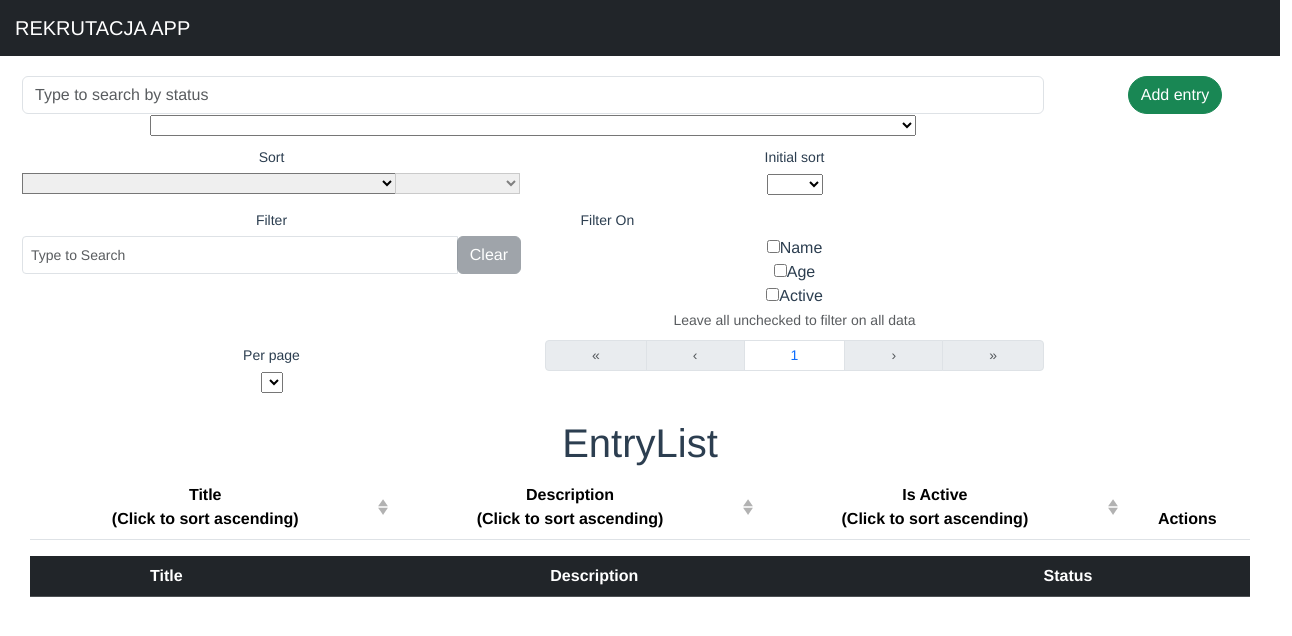
Repository: Madaless/vue_elastic
Page: / (app in vuejsapp/crudapp/)
These files come from the project's save history. The page is drawn as it stood at one moment and after the next save; the edit follows.
The browser window is 1280 px wide. The page is 1292 px wide, so the pictures cover 1292 px, including what lies to the right of the window. The pictures show the whole page.
The page's requests for data from a server got no answer. The project was rebuilt for these pictures with package versions that can differ from the ones it lists, and the page was loaded fresh each time. No one was signed in, and anything a server would have sent is missing.

Above is the page before, as saved 2021-09-12 17:28:25.

### vuejsapp/crudapp/src/main.js
import Vue from 'vue'
import App from './App.vue'
import store from  './store/index'
import { BootstrapVue, IconsPlugin } from 'bootstrap-vue'

// Import Bootstrap an BootstrapVue CSS files (order is important)
import 'bootstrap/dist/css/bootstrap.css'
import 'bootstrap-vue/dist/bootstrap-vue.css'

// Make BootstrapVue available throughout your project
Vue.use(BootstrapVue)
// Optionally install the BootstrapVue icon components plugin
Vue.use(IconsPlugin)

Vue.config.productionTip = false

new Vue({
  store,
  render: h => h(App),
}).$mount('#app')

### vuejsapp/crudapp/src/App.vue
<template>
  <div id="app">
    <b-navbar class="navbar navbar-expand navbar-dark bg-dark">
      <b-navbar-brand id="header" href="#">REKRUTACJA APP</b-navbar-brand>
    </b-navbar>

    <b-row id = "filterEntry">
      <b-col sm="10"><FilterEntry /></b-col>
      <b-col sm="2"><AddEntry /></b-col>
    </b-row>

    <EntryList />
  </div>
</template>

<script>
import AddEntry from "./components/AddEntry.vue";
import FilterEntry from "./components/FilterEntry.vue";
import EntryList from "./components/EntryList.vue";

export default {
  name: "App",
  components: {
    AddEntry,
    FilterEntry,
    EntryList,
  },
};
</script>

<style>
#app {
  font-family: Avenir, Helvetica, Arial, sans-serif;
  -webkit-font-smoothing: antialiased;
  -moz-osx-font-smoothing: grayscale;
  text-align: center;
  color: #2c3e50;
}
#header {
  padding-left: 15px;
}

#filterEntry {
    padding-top: 20px;
    padding-bottom: 20px;
    padding-left: 10px;
    padding-right: 10px;
}
</style>

### vuejsapp/crudapp/src/store/index.js
import Vuex from 'vuex';
import Vue from 'vue';
import entryList from './modules/entryList';

Vue.use(Vuex);

export default new Vuex.Store({
    modules: {
        entryList
    }
})

### vuejsapp/crudapp/src/components/AddEntry.vue
<template>
  <div>
    <b-button pill block variant="success">Add entry</b-button>
  </div>
</template>

<script>
export default {
  setup() {},
};
</script>

<style scoped>
</style>

### vuejsapp/crudapp/src/components/FilterEntry.vue
<template>
  <div>
      <b-container fluid>
    <b-form-input
      id="filter-input"
      v-model="filter"
      type="search"
      placeholder="Type to search by status"
    ></b-form-input>

    <b-form-select
      id="sort-by-select"
      v-model="sortBy"
      :options="sortOptions"
      :aria-describedby="ariaDescribedby"
      class="w-75">
      <template #first>
        <option value="">-- none --</option>
      </template>
    </b-form-select>

        <b-row>
      <b-col lg="6" class="my-1">
        <b-form-group
          label="Sort"
          label-for="sort-by-select"
          label-cols-sm="3"
          label-align-sm="right"
          label-size="sm"
          class="mb-0"
          v-slot="{ ariaDescribedby }"
        >
          <b-input-group size="sm">
            <b-form-select
              id="sort-by-select"
              v-model="sortBy"
              :options="sortOptions"
              :aria-describedby="ariaDescribedby"
              class="w-75"
            >
              <template #first>
                <option value="">-- none --</option>
              </template>
            </b-form-select>

            <b-form-select
              v-model="sortDesc"
              :disabled="!sortBy"
              :aria-describedby="ariaDescribedby"
              size="sm"
              class="w-25"
            >
              <option :value="false">Asc</option>
              <option :value="true">Desc</option>
            </b-form-select>
          </b-input-group>
        </b-form-group>
      </b-col>

      <b-col lg="6" class="my-1">
        <b-form-group
          label="Initial sort"
          label-for="initial-sort-select"
          label-cols-sm="3"
          label-align-sm="right"
          label-size="sm"
          class="mb-0"
        >
          <b-form-select
            id="initial-sort-select"
            v-model="sortDirection"
            :options="['asc', 'desc', 'last']"
            size="sm"
          ></b-form-select>
        </b-form-group>
      </b-col>

      <b-col lg="6" class="my-1">
        <b-form-group
          label="Filter"
          label-for="filter-input"
          label-cols-sm="3"
          label-align-sm="right"
          label-size="sm"
          class="mb-0"
        >
          <b-input-group size="sm">
            <b-form-input
              id="filter-input"
              v-model="filter"
              type="search"
              placeholder="Type to Search"
            ></b-form-input>

            <b-input-group-append>
              <b-button :disabled="!filter" @click="filter = ''">Clear</b-button>
            </b-input-group-append>
          </b-input-group>
        </b-form-group>
      </b-col>

      <b-col lg="6" class="my-1">
        <b-form-group
          v-model="sortDirection"
          label="Filter On"
          description="Leave all unchecked to filter on all data"
          label-cols-sm="3"
          label-align-sm="right"
          label-size="sm"
          class="mb-0"
          v-slot="{ ariaDescribedby }"
        >
          <b-form-checkbox-group
            v-model="filterOn"
            :aria-describedby="ariaDescribedby"
            class="mt-1"
          >
            <b-form-checkbox value="name">Name</b-form-checkbox>
            <b-form-checkbox value="age">Age</b-form-checkbox>
            <b-form-checkbox value="isActive">Active</b-form-checkbox>
          </b-form-checkbox-group>
        </b-form-group>
      </b-col>

      <b-col sm="5" md="6" class="my-1">
        <b-form-group
          label="Per page"
          label-for="per-page-select"
          label-cols-sm="6"
          label-cols-md="4"
          label-cols-lg="3"
          label-align-sm="right"
          label-size="sm"
          class="mb-0"
        >
          <b-form-select
            id="per-page-select"
            v-model="perPage"
            :options="pageOptions"
            size="sm"
          ></b-form-select>
        </b-form-group>
      </b-col>

      <b-col sm="7" md="6" class="my-1">
        <b-pagination
          v-model="currentPage"
          :total-rows="totalRows"
          :per-page="perPage"
          align="fill"
          size="sm"
          class="my-0"
        ></b-pagination>
      </b-col>
    </b-row>
    </b-container >
  </div>
</template>

<script>
export default {
  setup() {},
  data() {
      return {
          sortOptions: ["no","yes"]
      }
  }
};
</script>

<style scoped>
</style>

### vuejsapp/crudapp/src/components/EntryList.vue
<template>
  <div id="entryList">
    <h1>EntryList</h1>

    <div class="todos">
      <b-table :items="entryList" :fields="fields">
        <template #cell(name)="row">
          {{ row.value.first }} {{ row.value.last }}
        </template>

        <template #cell(actions)="row">
          <b-button
            pill
            size="sm"
            @click="info(row.item, row.index, $event.target)"
            class="mr-1"
          >
            Info modal
          </b-button>
          <b-button size="sm" pill @click="row.toggleDetails">
            {{ row.detailsShowing ? "Hide" : "Show" }} Details
          </b-button>
          <b-button size="sm" pill block variant="danger"
            >Delete entry</b-button>
        </template>

        <template #row-details="row">
          <b-card>
            <ul>
              <li v-for="(value, key) in row.item" :key="key">
                {{ key }}: {{ value }}
              </li>
            </ul>
          </b-card>
        </template>
      </b-table>
      <table class="table table-striped table-dark">
        <thead>
          <tr>
            <th>Title</th>
            <th>Description</th>
            <th>Status</th>
          </tr>
        </thead>
        <tbody>
          <tr v-for="entry in entryList" v-bind:key="entry.key">
            <td>{{ entry.title }}</td>
          </tr>
        </tbody>
      </table>
    </div>
  </div>
</template>

<script>
import { mapGetters, mapActions } from "vuex";

export default {
  name: "EntryList",
  methods: {
    ...mapActions(["fetchEntryList"]),
  },
  computed: mapGetters(["entryList"]),
  created() {
    this.fetchEntryList();
  },
  data() {
    return {
      items: [
        {
          isActive: true,
          age: 40,
          name: { first: "Dickerson", last: "Macdonald" },
        },
        { isActive: false, age: 21, name: { first: "Larsen", last: "Shaw" } },
        {
          isActive: false,
          age: 9,
          name: { first: "Mini", last: "Navarro" },
          _rowVariant: "success",
        },
        { isActive: false, age: 89, name: { first: "Geneva", last: "Wilson" } },
        { isActive: true, age: 38, name: { first: "Jami", last: "Carney" } },
        { isActive: false, age: 27, name: { first: "Essie", last: "Dunlap" } },
        { isActive: true, age: 40, name: { first: "Thor", last: "Macdonald" } },
        {
          isActive: true,
          age: 87,
          name: { first: "Larsen", last: "Shaw" },
          _cellVariants: { age: "danger", isActive: "warning" },
        },
        { isActive: false, age: 26, name: { first: "Mitzi", last: "Navarro" } },
        {
          isActive: false,
          age: 22,
          name: { first: "Genevieve", last: "Wilson" },
        },
        { isActive: true, age: 38, name: { first: "John", last: "Carney" } },
        { isActive: false, age: 29, name: { first: "Dick", last: "Dunlap" } },
      ],
      fields: [
        {
          key: "title",
          label: "Title",
          sortable: true,
          sortDirection: "desc",
        },
        {
          key: "description",
          label: "Description",
          sortable: true,
          class: "text-center",
        },
        {
          key: "isActive",
          label: "Is Active",
          formatter: (value) => {
            return value ? "Yes" : "No";
          },
          sortable: true,
          sortByFormatted: true,
          filterByFormatted: true,
        },
        { key: "actions", label: "Actions" },
      ],
    };
  },
};
</script>

<style scoped>
#entryList {
  padding-left: 30px;
  padding-right: 30px;
}
</style>

### vuejsapp/crudapp/src/store/modules/entryList.js
import axios from 'axios';

const state = {
  entryList: []
};
// get the state
const getters = {
  entryList: (state) => {
    return state.entryList
  }
};

const actions = {
    // fetch from api
  async fetchEntryList({ commit }) {
    const response = await axios.get('https://jsonplaceholder.typicode.com/todos');

    commit('setEntryList', response.data);
  }
}

const mutations = {
    setEntryList: (state, entryList) => (state.entryList = entryList)
};

export default {
    state,
    getters,
    actions,
    mutations
};

Loaded but not shown: vuejsapp/crudapp/public/index.html (common file)

After the next save:
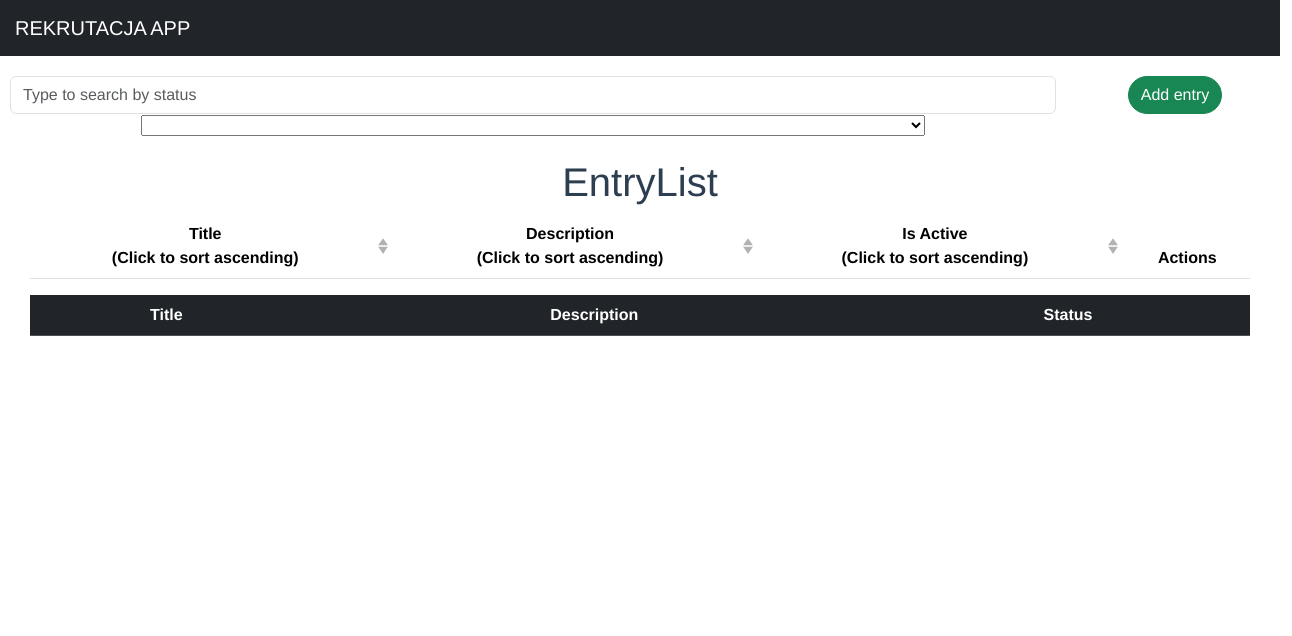
Saved 31 s later.
--- a/vuejsapp/crudapp/src/components/FilterEntry.vue
+++ b/vuejsapp/crudapp/src/components/FilterEntry.vue
@@ -1,6 +1,5 @@
 <template>
   <div>
-      <b-container fluid>
     <b-form-input
       id="filter-input"
       v-model="filter"
@@ -19,141 +18,8 @@
       </template>
     </b-form-select>
 
-        <b-row>
-      <b-col lg="6" class="my-1">
-        <b-form-group
-          label="Sort"
-          label-for="sort-by-select"
-          label-cols-sm="3"
-          label-align-sm="right"
-          label-size="sm"
-          class="mb-0"
-          v-slot="{ ariaDescribedby }"
-        >
-          <b-input-group size="sm">
-            <b-form-select
-              id="sort-by-select"
-              v-model="sortBy"
-              :options="sortOptions"
-              :aria-describedby="ariaDescribedby"
-              class="w-75"
-            >
-              <template #first>
-                <option value="">-- none --</option>
-              </template>
-            </b-form-select>
 
-            <b-form-select
-              v-model="sortDesc"
-              :disabled="!sortBy"
-              :aria-describedby="ariaDescribedby"
-              size="sm"
-              class="w-25"
-            >
-              <option :value="false">Asc</option>
-              <option :value="true">Desc</option>
-            </b-form-select>
-          </b-input-group>
-        </b-form-group>
-      </b-col>
 
-      <b-col lg="6" class="my-1">
-        <b-form-group
-          label="Initial sort"
-          label-for="initial-sort-select"
-          label-cols-sm="3"
-          label-align-sm="right"
-          label-size="sm"
-          class="mb-0"
-        >
-          <b-form-select
-            id="initial-sort-select"
-            v-model="sortDirection"
-            :options="['asc', 'desc', 'last']"
-            size="sm"
-          ></b-form-select>
-        </b-form-group>
-      </b-col>
-
-      <b-col lg="6" class="my-1">
-        <b-form-group
-          label="Filter"
-          label-for="filter-input"
-          label-cols-sm="3"
-          label-align-sm="right"
-          label-size="sm"
-          class="mb-0"
-        >
-          <b-input-group size="sm">
-            <b-form-input
-              id="filter-input"
-              v-model="filter"
-              type="search"
-              placeholder="Type to Search"
-            ></b-form-input>
-
-            <b-input-group-append>
-              <b-button :disabled="!filter" @click="filter = ''">Clear</b-button>
-            </b-input-group-append>
-          </b-input-group>
-        </b-form-group>
-      </b-col>
-
-      <b-col lg="6" class="my-1">
-        <b-form-group
-          v-model="sortDirection"
-          label="Filter On"
-          description="Leave all unchecked to filter on all data"
-          label-cols-sm="3"
-          label-align-sm="right"
-          label-size="sm"
-          class="mb-0"
-          v-slot="{ ariaDescribedby }"
-        >
-          <b-form-checkbox-group
-            v-model="filterOn"
-            :aria-describedby="ariaDescribedby"
-            class="mt-1"
-          >
-            <b-form-checkbox value="name">Name</b-form-checkbox>
-            <b-form-checkbox value="age">Age</b-form-checkbox>
-            <b-form-checkbox value="isActive">Active</b-form-checkbox>
-          </b-form-checkbox-group>
-        </b-form-group>
-      </b-col>
-
-      <b-col sm="5" md="6" class="my-1">
-        <b-form-group
-          label="Per page"
-          label-for="per-page-select"
-          label-cols-sm="6"
-          label-cols-md="4"
-          label-cols-lg="3"
-          label-align-sm="right"
-          label-size="sm"
-          class="mb-0"
-        >
-          <b-form-select
-            id="per-page-select"
-            v-model="perPage"
-            :options="pageOptions"
-            size="sm"
-          ></b-form-select>
-        </b-form-group>
-      </b-col>
-
-      <b-col sm="7" md="6" class="my-1">
-        <b-pagination
-          v-model="currentPage"
-          :total-rows="totalRows"
-          :per-page="perPage"
-          align="fill"
-          size="sm"
-          class="my-0"
-        ></b-pagination>
-      </b-col>
-    </b-row>
-    </b-container >
   </div>
 </template>
 
